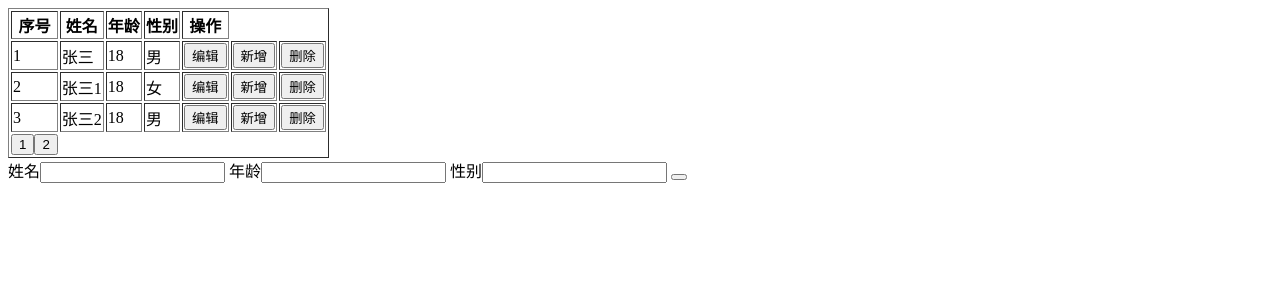
Repository: yuanritian1/5oproject50days
Page: 表格table/index.html
These files come from the project's save history. The page is drawn as it stood at one moment and after the next save; the edit follows.
The browser window is 1280 px wide. The pictures show the whole page.

Above is the page before, as saved 2022-09-03 15:44:44.

### 表格table/index.html
<!DOCTYPE html>
<html lang="en">

<head>
    <meta charset="UTF-8">
    <meta http-equiv="X-UA-Compatible" content="IE=edge">
    <meta name="viewport" content="width=device-width, initial-scale=1.0">
    <title>Document</title>
</head>

<body>
    <div id="containerBox">
        <table border="1">
            <thead>
                <tr>
                    <th>
                        序号
                    </th>
                    <th>
                        姓名
                    </th>
                    <th>
                        年龄
                    </th>
                    <th>
                        性别
                    </th>
                    <th>
                        操作
                    </th>
                </tr>
            </thead>
            <tbody id="content">
            </tbody>
            <tfoot id="foot">
            </tfoot>
        </table>
    </div>
    <div>
        <form>
            <label>姓名</label><input type="text">
            <label>年龄</label><input type="text">
            <label>性别</label><input type="text">
            <button type="submit"></button>
        </form>
    </div>
</body>

</html>
<script>
    const DATE_ARR = [
        { id: '1', name: '张三', age: '18', sex: '男' },
        { id: '2', name: '张三1', age: '18', sex: '女' },
        { id: '3', name: '张三2', age: '18', sex: '男' },
        { id: '4', name: '张三3', age: '18', sex: '男' },
        { id: '5', name: '张三4', age: '18', sex: '女' },
        { id: '6', name: '张三5', age: '18', sex: '男' },
    ]
    let bodyContent = document.getElementById('content')
    let footContent = document.getElementById('foot')
    function showTable(data) {
        bodyContent.innerHTML = ''
        data.forEach((item) => {
            bodyContent.innerHTML += `
    <tr>
        <td>${item.id}</td>
        <td>${item.name}</td>
        <td>${item.age}</td>
        <td>${item.sex}</td>
        <td><button onclick='edit(${item.id})'>编辑</button></td>
        <td><button>新增</button></td>
        <td><button>删除</button></td>
        </tr>
    `
        })
    }
    function edit(e) {
        for (let i = 0; i < DATE_ARR.length; i++) {
            if (DATE_ARR[i].id === e) {

            }
        }
    }
    function jiequ(value) {
        let arr = DATE_ARR.slice((value - 1) * 3, 3 * value)
        showTable(arr)
    }
    function page(e) {
        jiequ(+e.innerHTML)
    }
    function fenye() {
        let num = Math.ceil(DATE_ARR.length / 3)
        let str = ''
        for (let i = 0; i < num; i++) {
            str += `
<button onclick='page(this)'>${i + 1}</button>
`
        }
        footContent.innerHTML = str
    }
    fenye()
    jiequ(1)
</script>

After the next save:
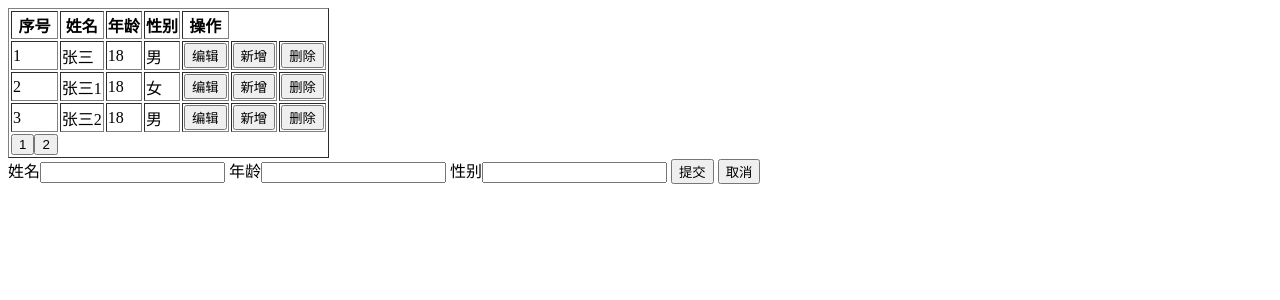
Saved 20 s later.
--- a/表格table/index.html
+++ b/表格table/index.html
@@ -41,7 +41,8 @@
             <label>姓名</label><input type="text">
             <label>年龄</label><input type="text">
             <label>性别</label><input type="text">
-            <button type="submit"></button>
+            <button type="submit">提交</button>
+            <button type="submit">取消</button>
         </form>
     </div>
 </body>
